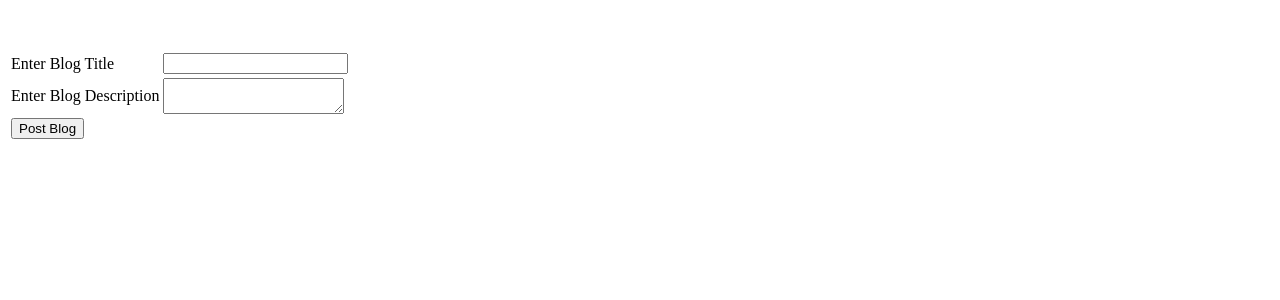
Repository: NeeleshPoojari/Project-2
Page: frontend_project2/WebContent/views/blogpostform.html
The author's editor kept a copy of each file at every save. The page is drawn from the files as they stood at one save, then again after the next save.
The browser window is 1280 px wide. The pictures show the whole page.

Above is the page before, as saved 2017-07-16 14:56:55.

### frontend_project2/WebContent/views/blogpostform.html

<form style="margin-top: 50px;">
<table>

<tr>
<td>Enter Blog Title</td>
<td><input ng-model="blogPost.title"></td>
</tr>

<tr>
<td>Enter Blog Description</td>
<td><textarea ng-model="blogPost.description"></textarea></td>
 </tr>


<td>
<button class="btn btn-default" ng-click="saveBlogPost()">Post Blog</button>
</td>

</table>





</form>

After the next save:
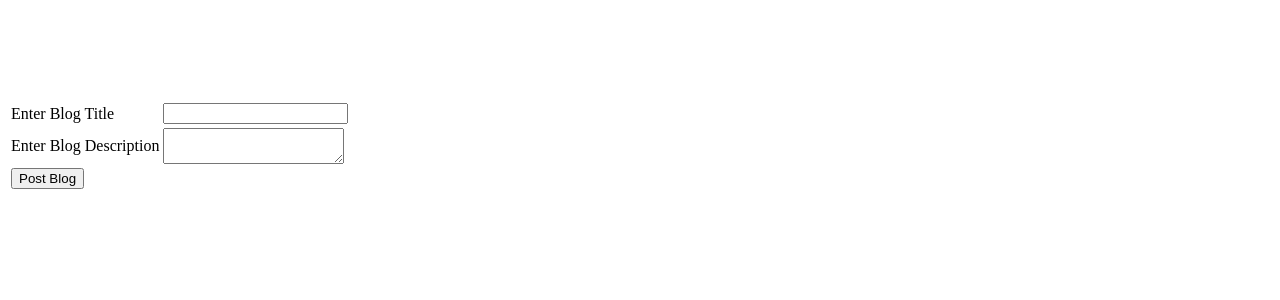
Saved 19 s later.
--- a/frontend_project2/WebContent/views/blogpostform.html
+++ b/frontend_project2/WebContent/views/blogpostform.html
@@ -1,5 +1,5 @@
 
-<form style="margin-top: 50px;">
+<form style="margin-top: 100px;">
 <table>
 
 <tr>
